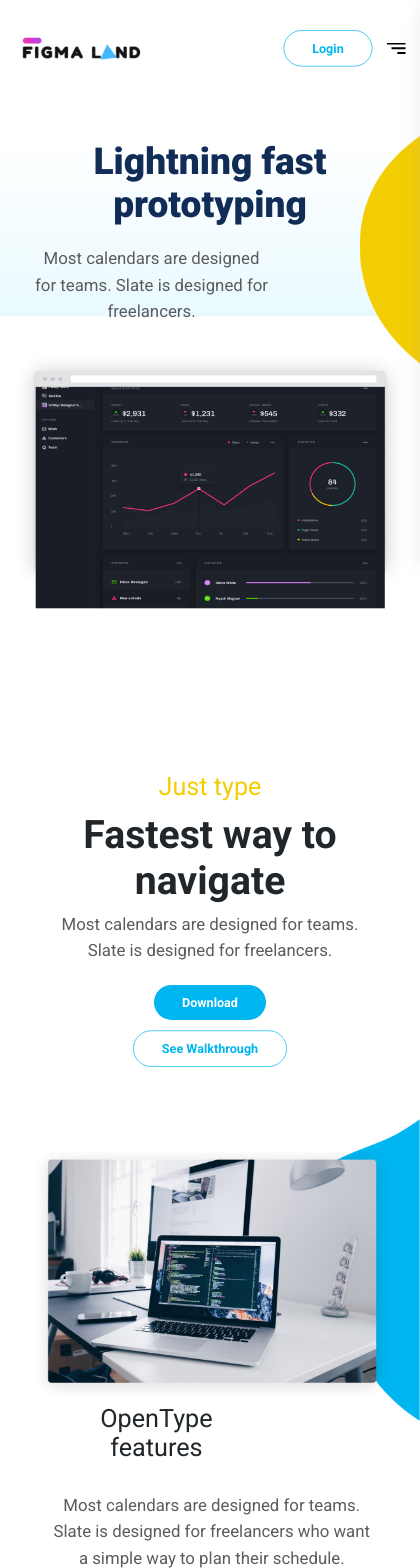
Repository: tungcutte35/Figma-Land
Page: sass/index.html
The author's editor kept a copy of each file at every save. The page is drawn from the files as they stood at one save, then again after a run of saves.
The browser window is 600 px wide. The pictures show the part of the page from y = 0 to 2240 px (the page is 5985 px tall), at 70% of full size.
The style sheet was rebuilt from its Sass, Less or Tailwind sources for each picture, by a compiler version that may differ from the author's.

Above is the page before, as saved 2021-10-25 16:22:26.

After the next 2 saves:
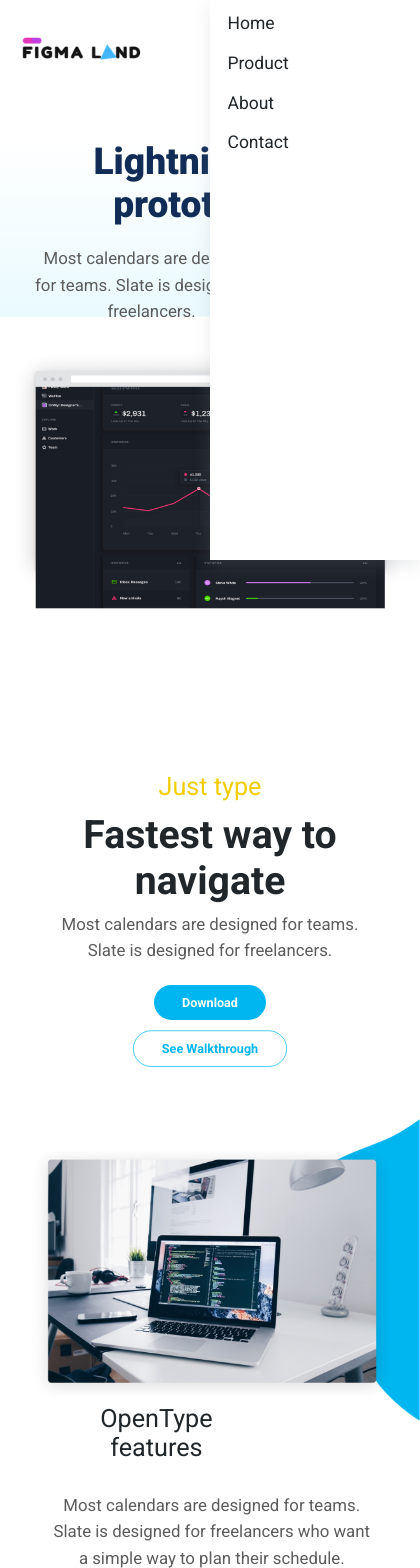
The 2 saves are shown as one change because they came seconds apart.
The last was saved 79 s later.
--- a/sass/_menu.scss
+++ b/sass/_menu.scss
@@ -37,8 +37,8 @@
     flex-direction: column;
     align-items: flex-start;
     justify-content: flex-start;
-    transform: translateX(100%);
-    transition: all 0.2s linear;
+    // transform: translateX(100%);
+    // transition: all 0.2s linear;
     &-item {
       margin-top: 10px;
     }
